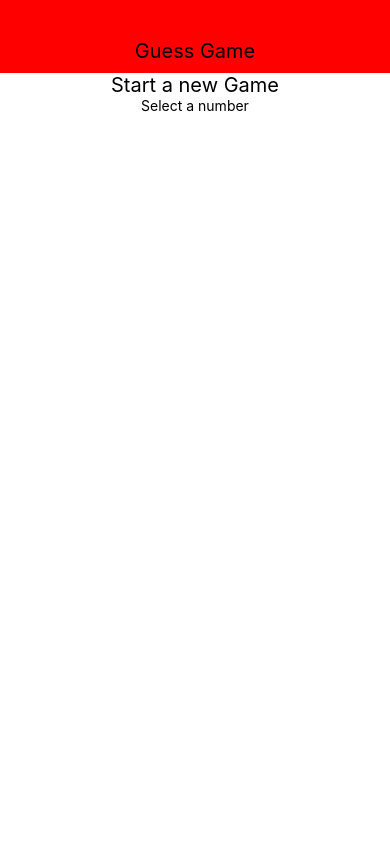
Repository: Celebration-cloud/Guess-number
Screen: /
These files come from the project's save history. The screen is drawn as it stood at one moment and after a run of saves; the edit follows.
The app was drawn by React Native's web renderer in a window 390 px wide. The project was rebuilt for these pictures with package versions that can differ from the ones it lists, and the page was loaded fresh each time.

Above is the screen before, as saved 2024-06-10 12:47:58.

### App.js
import { StatusBar } from "expo-status-bar";
import { StyleSheet, Text, View } from "react-native";
import Heading from "./components/header/Heading";
import StartScreen from "./components/srceen/StartScreen";

export default function App() {
  return (
    <View style={styles.container}>
      <Heading/>
      <StartScreen/>
      <StatusBar style="auto" />
    </View>
  );
}

const styles = StyleSheet.create({
  container: {
    flex: 1,
    alignItems: "center",
  },
});

### components/header/Heading.jsx
import React from "react";
import { Text, StyleSheet, View } from "react-native";

export default function Heading() {
  return (
    <View style={styles.header}>
      <Text style={styles.title}> Guess Game </Text>
    </View>
  );
}

const styles = StyleSheet.create({
    header: {
        backgroundColor: "red",
        color: "white",
        width: "100%",
        paddingTop: "10%",
        padding: 10,
        alignItems: "center",
    },
    title: {
      fontSize: 20
    }
});

### components/srceen/StartScreen.jsx
import React, { Component } from 'react'
import { Text, StyleSheet, View } from 'react-native'

export default function StartScreen() {
    return (
      <View style={styles.startScreen}>
        <Text style={styles.start}> Start a new Game </Text>
        <View>
            <Text>Select a number</Text>
        </View>
      </View>
    )
}

const styles = StyleSheet.create({
    startScreen:{
        fontSize: 20,
        alignItems: "center"

    },
    start: {
        fontSize: 20
    }
})

After the next 3 saves:
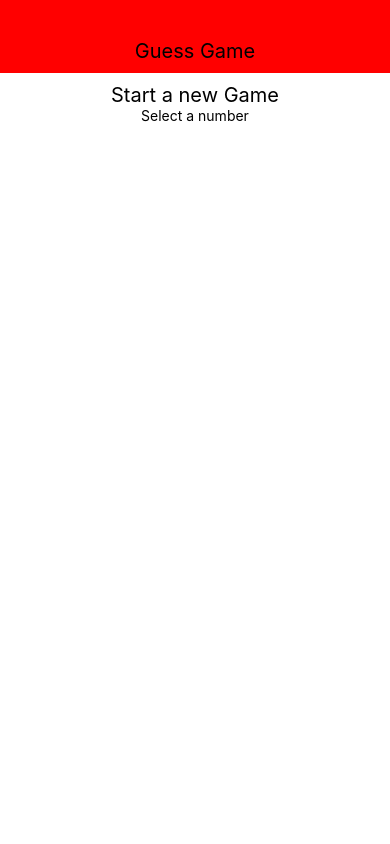
The 3 saves are shown as one change because they came seconds apart.
The last was saved 13 s later.
--- a/App.js
+++ b/App.js
@@ -17,5 +17,6 @@ const styles = StyleSheet.create({
   container: {
     flex: 1,
     alignItems: "center",
+    gap: 10
   },
 });
